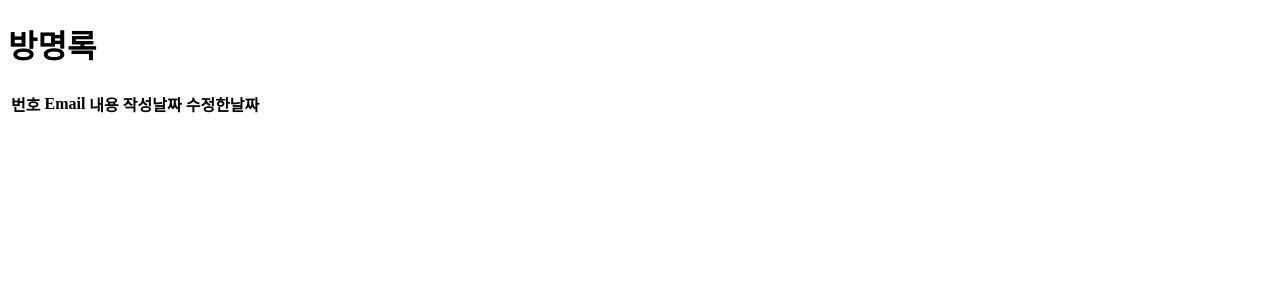
Repository: kdw880301/GuestBook
Page: guest_book/WebContent/index.html
These files come from the project's save history. The page is drawn as it stood at one moment and after the next save; the edit follows.
The browser window is 1280 px wide. The pictures show the whole page.

Above is the page before, as saved 2014-07-06 08:18:53.

After the next save:
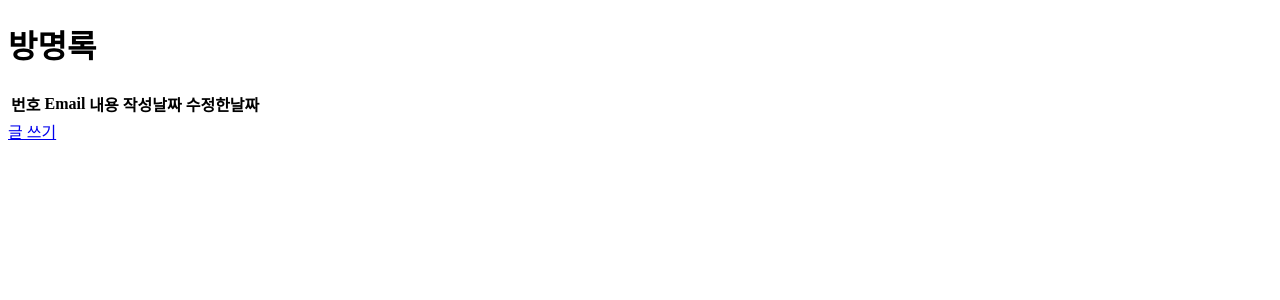
Saved 39 s later.
--- a/guest_book/WebContent/index.html
+++ b/guest_book/WebContent/index.html
@@ -15,5 +15,6 @@
 <th>수정한날짜</th>
 </tr>
 </table>
+<a href="write.html">글 쓰기</a>
 </body>
 </html>
